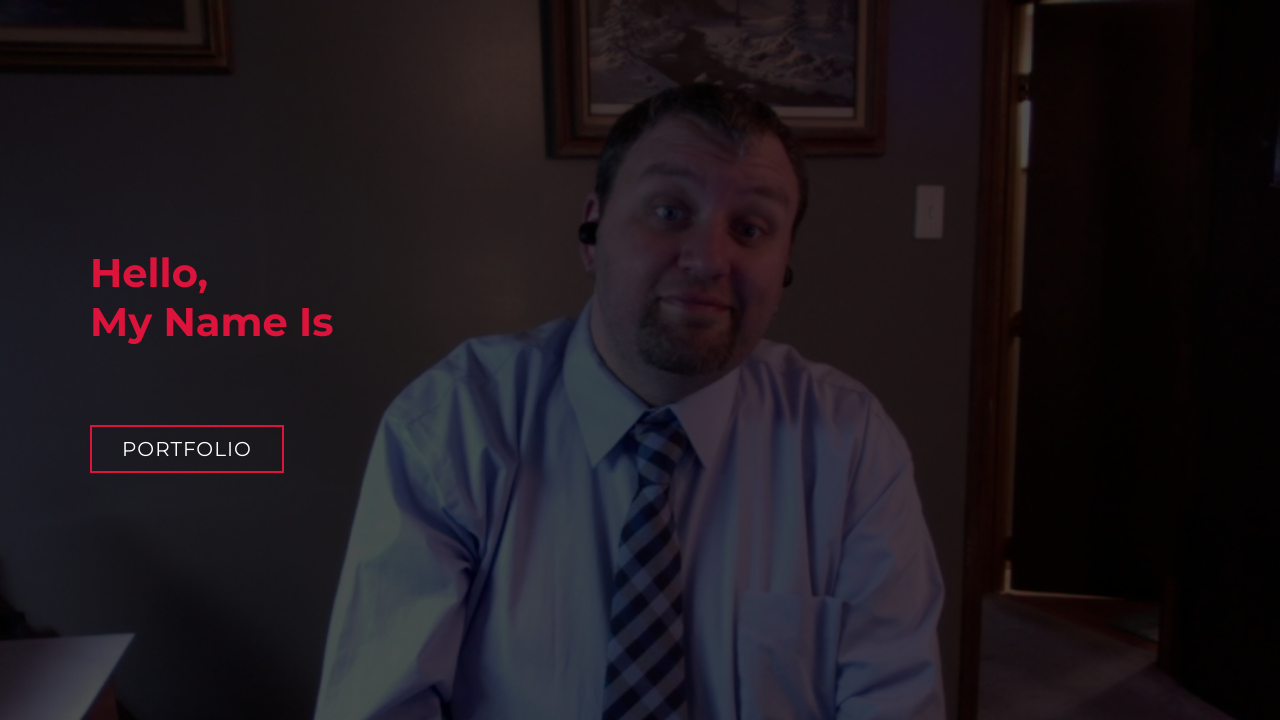
Repository: randysteele/my-portfolio-2023
Page: index.html
These files come from the project's save history. The page is drawn as it stood at one moment and after the next save; the edit follows.
The browser window is 1280 px wide. The pictures show the whole page.

Above is the page before, as saved 2023-04-23 12:41:09.

After the next save:
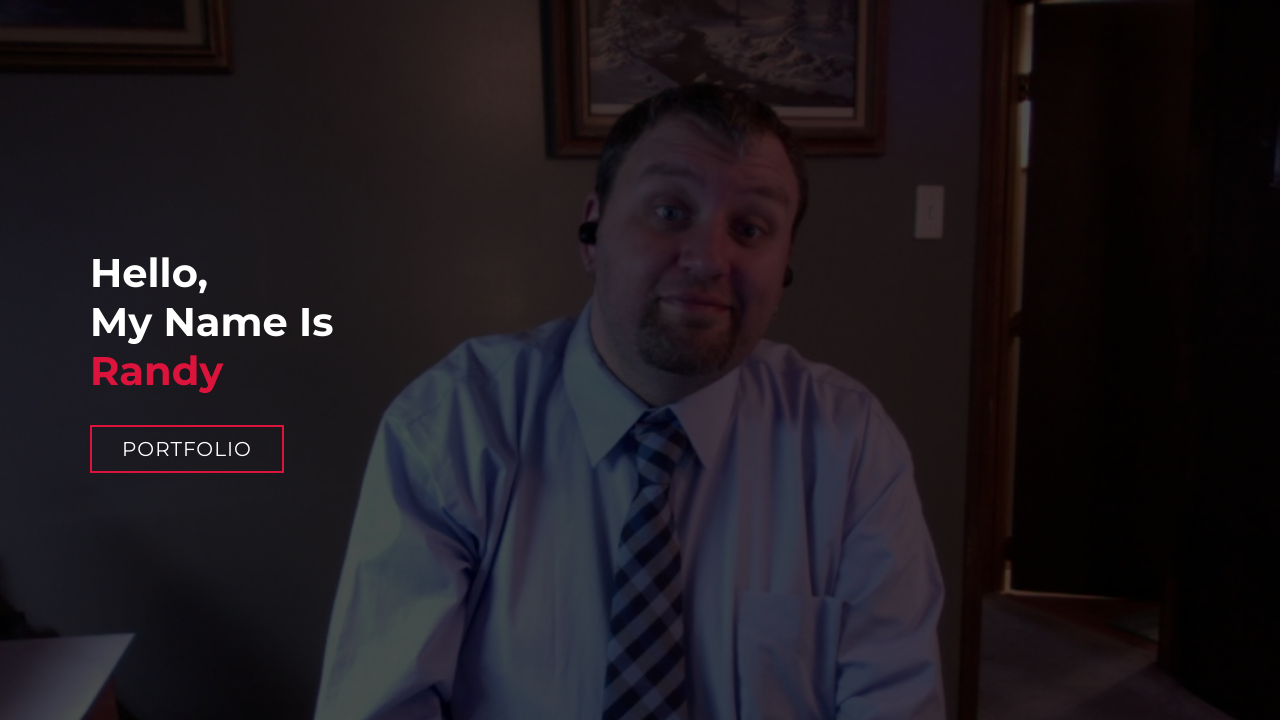
Saved 22 s later.
--- a/style.css
+++ b/style.css
@@ -122,7 +122,7 @@ a {
 
     }
 }
-@keyframes text_reveal{
+@keyframes text_reveal_name{
     100%{
         color: crimson;
         font-weight: 500px;
